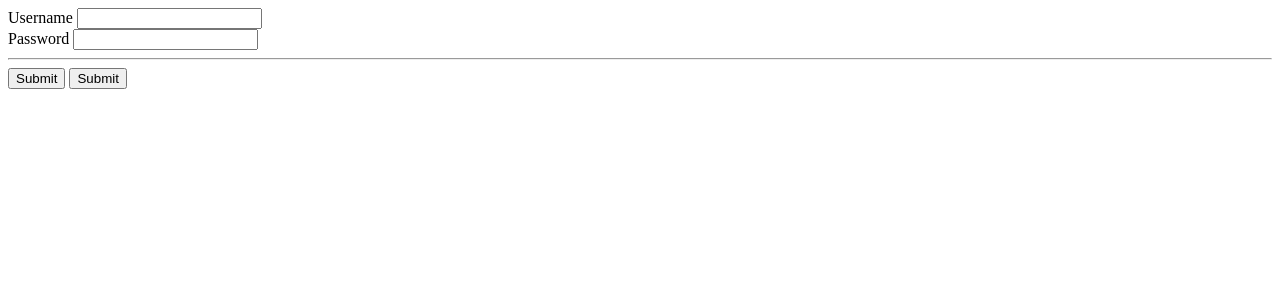
Repository: mavn2/ERS
Page: APP/ExpenseReimbursementSystem/src/main/webapp/index.html
The author's editor kept a copy of each file at every save. The page is drawn from the files as they stood at one save, then again after the next save.
The browser window is 1280 px wide. The pictures show the whole page.

Above is the page before, as saved 2021-03-26 03:20:15.

After the next save:
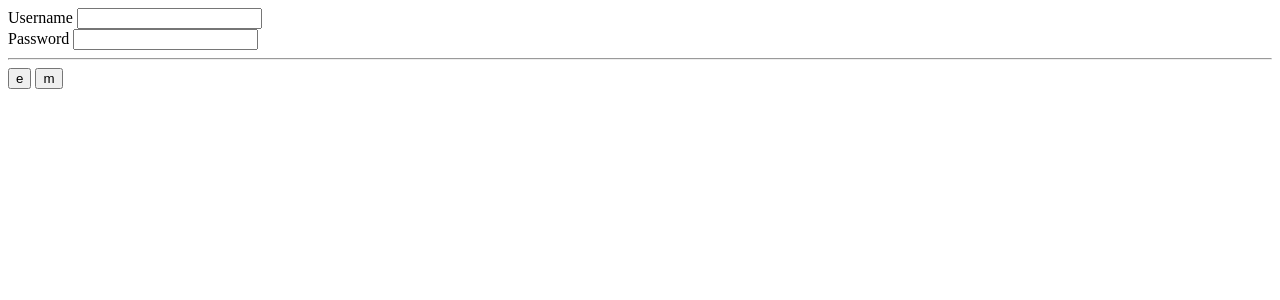
Saved 4 min 6 s later.
--- a/APP/ExpenseReimbursementSystem/src/main/webapp/index.html
+++ b/APP/ExpenseReimbursementSystem/src/main/webapp/index.html
@@ -12,8 +12,8 @@
 		<label for="password">Password</label>
 		<input type="text" name="password" />
 		<hr/>
-		<input type="submit" name="loginE" />
-		<input type="submit" name="loginM" />
+		<input type="submit" name="type" value="e" />
+		<input type="submit" name="type" value="m"/>
 	</form>
 </body>
 </html>
